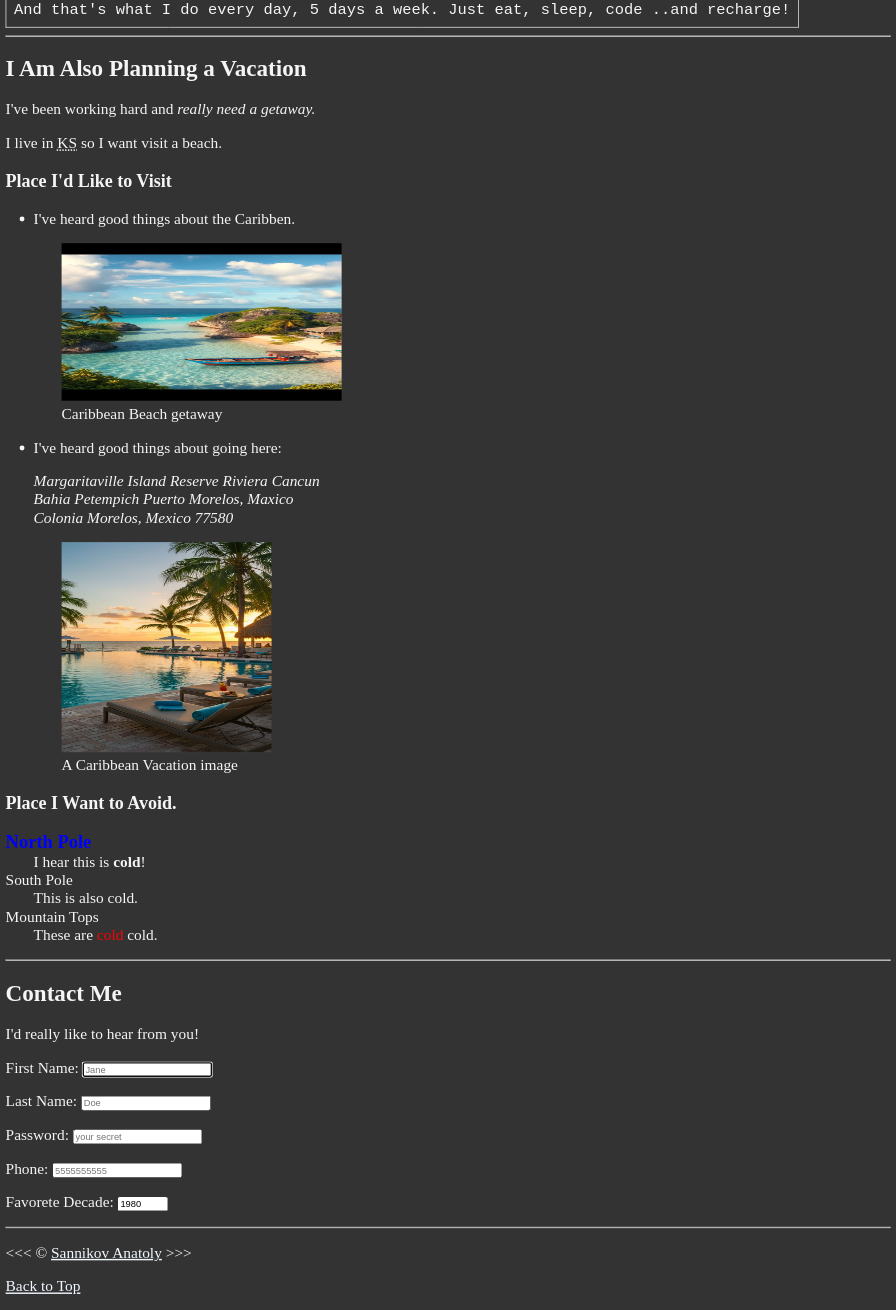
Repository: sannikovcode/exercises-a1
Page: JS/test1/task3/index.html
These files come from the project's save history. The page is drawn as it stood at one moment and after the next save; the edit follows.
The browser window is 1280 px wide. The pictures show the part of the page from y = 1468 to 3388 px (the page is 3340 px tall before and 3388 px after), at 70% of full size.

Above is the page before, as saved 2025-10-15 09:46:30.

### JS/test1/task3/index.html
<!DOCTYPE html>
<html lang="en">

<head>
  <meta charset="UTF-8">
  <meta name="author" content="Anatoly">
  <meta name="description" content="This page contains all the things. I am learning how to create as I learn HTML.">

  <title>First web page</title>

  <link rel="icon" href="html5.png" type="image/x-icon">
  <link rel="stylesheet" href="main.css" type="text/css">
</head>

<body>
  <header>
    <h1>My Goals for the Year</h1>

    <ol aria-label="primary-navigation">
      <li><a href="#html">Learn HTML</a></li>
      <li><a href="#vacation">Planning a Vacation </a></li>
      <li><a href="#contact">Contact Me </a></li>
    </ol>
  </header>
  <!-- ffasfasdfasdfafsdsfs -->

  <hr>
  <main>
    <article id="html">
      <h2>I'm Ready to Learn HTML</h2>
      <p>This is my first web page.</p>
      <section>
        <h3>HTML5</h3>
        <img src="img/html-logo.jpg" alt="HTML5 Logo" title="I am learning HTML5" width="300" height="300">
        <figure>
          <figcaption>An Example of HTML5 code</figcaption>
          <p>
            <code>&lt;h1&gt;Hello World!&lt;/h1&gt;</code>
          </p>
        </figure>
      </section>
      <section>
        <h3>My Daily Schedule</h3>
        <p>Let me tell you how:</p>
        <ol>
          <li>... I learn more about web dev.</li>
          <li>... I plan out my schedule.</li>
          <li>
            ... I use resources from
            <abbr title="Mozilla Developer Network">
              <a href="https://developer.mozilla.org/">MDN</a> </abbr>.
          </li>
        </ol>
        <aside>
          <details>
            <summary>Guess the <mark>number of hours</mark> I code per day</summary>
            <p>I start at <time datetime="08:00">8 am</time> and
              I write code for <time datetime="PT3H">3 hours</time> every morning</p>
          </details>
        </aside>
        <br>
        <br>
        <table>
          <caption>My Daily Schedule</caption>
          <thead>
            <tr>
              <th>&nbsp;</th>
              <th id="time" scope="col">Time</th>
              <th id="activity" scope="col">Activiry</th>
            </tr>
          </thead>
          <tbody>
            <tr>
              <th id="morning" scope="row">Morning</th>
              <td>
                <time datetime="08:00">8am</time> -
                <time datetime="11:00">11am</time>
              </td>
              <td>Write Code</td>
            </tr>
            <tr>
              <th id="break" scope="row">Break</th>
              <td>
                <time datetime="11:00">11am</time> -
                <time datetime="12:00">12pm</time>
              </td>
              <td>Eat Lunch</td>
            </tr>
            <tr>
              <th id="afternoon" scope="row">Afternoon</th>
              <td>
                <time datetime="12:00">12pm</time> -
                <time datetime="17:00">5pm</time>
              </td>
              <td>Study for Other Courses</td>
            </tr>
            <tr>
              <th id="evening" scope="row">Evening</th>
              <td rowspan="2">All Other Times</td>
              <td>Free Time</td>
            </tr>
            <tr>
              <th id="night" scope="row">Night</th>
              <td>Sleep</td>
            </tr>
          </tbody>
          <tfoot>
            <tr>
              <td colspan="3">And that's what I do every day,
                5 days a week. Just eat, sleep, code ..and
                recharge!
              </td>
            </tr>
          </tfoot>
        </table>



      </section>
    </article>

    <hr>
    <article id="Vacation">
      <h2>I Am Also Planning a Vacation</h2>
      <p>I've been working hard and <em>really need a getaway.</em></p>
      <p>I live in <abbr title="Kansas">KS</abbr> so I want visit a beach.</p>

      <section>
        <h3>Place I'd Like to Visit</h3>
        <ul>
          <li>
            <p>I've heard good things about the Caribben.</p>
            <figure>
              <img src="img/caribbean.jpg" alt="caribbean beach" title="I want to visit a caribbean" width="400"
                height="225" loading="lazy">
              <figcaption>Caribbean Beach getaway</figcaption>
            </figure>
          </li>
          <li>
            <p>I've heard good things about going here:</p>
            <address>
              Margaritaville Island Reserve Riviera Cancun<br>
              Bahia Petempich Puerto Morelos, Maxico<br>
              Colonia Morelos, Mexico 77580
            </address>

            <figure>
              <img src="img/vocation.jpg" alt="Cancun Vacation" title="I want a vacation" width="300" height="300"
                loading="lazy">
              <figcaption>
                A Caribbean Vacation image
              </figcaption>
            </figure>

          </li>
        </ul>
      </section>

      <!--TODO: Add more places-->


      <section>

        <h3>Place I Want to Avoid.</h3>
        <dl>
          <dt><span class="North">North Pole</span></dt>
          <dd>I hear this is <strong>cold</strong>!</dd>

          <dt>South Pole</dt>
          <dd>This is also cold.</dd>
          <dt>Mountain Tops</dt>
          <dd>These are <span style="color: red;">cold</span> cold.</dd>
        </dl>
      </section>
    </article>

    <hr>
    <article id="contact">
      <h2>Contact Me</h2>
      <p>I'd really like to hear from you!</p>


      <form action="https://httpbin.org/get" method="get">
        <p>
          <label for="firstName">First Name:</label>
          <input type="text" name="first" id="firstName" placeholder="Jane" autocomplete="on" required autofocus>
        </p>
        <p>
          <label for="lastName">Last Name:</label>
          <input type="text" name="first" id="lastName" placeholder="Doe" autocomplete="on" required>
        </p>
        <p>
          <label for="password">Password:</label>
          <input type="password" name="password" id="password" placeholder="your secret" required>
        </p>
        <p>
          <label for="phone">Phone:</label>
          <input type="tel" name="phone" id="phone" placeholder="5555555555" pattern="[0-9]{3}[0-9]{3}[0-9]{4}"
            required>
        </p>
        <p>
          <label for="decade">Favorete Decade:</label>
          <input type="number" name="decade" id="decade" min="1950" max="2020" step="10" value="1980">
        </p>
        <p>
          <label for="coffee"></label>
        </p>
      </form>

    </article>
  </main>

  <hr>

  <footer>
    <p>
      &lt;&lt;&lt; &copy; <a href="about.html">Sannikov Anatoly</a> &gt;&gt;&gt;
    </p>

    <p>
      <a href="#">Back to Top</a>
    </p>
  </footer>

</body>

</html>

### JS/test1/task3/main.css
html {
  font-size: 22px;
}

body {
  background-color: #333;
  color: whitesmoke;
}

a {
  color: aliceblue;
}

a:visited {
  color: lightgray;
}

a:hover,
a:active {
  color: #eee;
}

/*================ Мои эксперементы ================== */
  .North {
    color: blue;
    font-weight: bold;
    font-size: 1.2em;
}

/*======== Из видео продолжение ============*/

table, tr, th, td, caption {
        border: 1px solid #eee;
        font-family: 'Courier New', Courier, monospace;
        border-collapse: collapse;
        padding: 0.5rem;
}

After the next save:
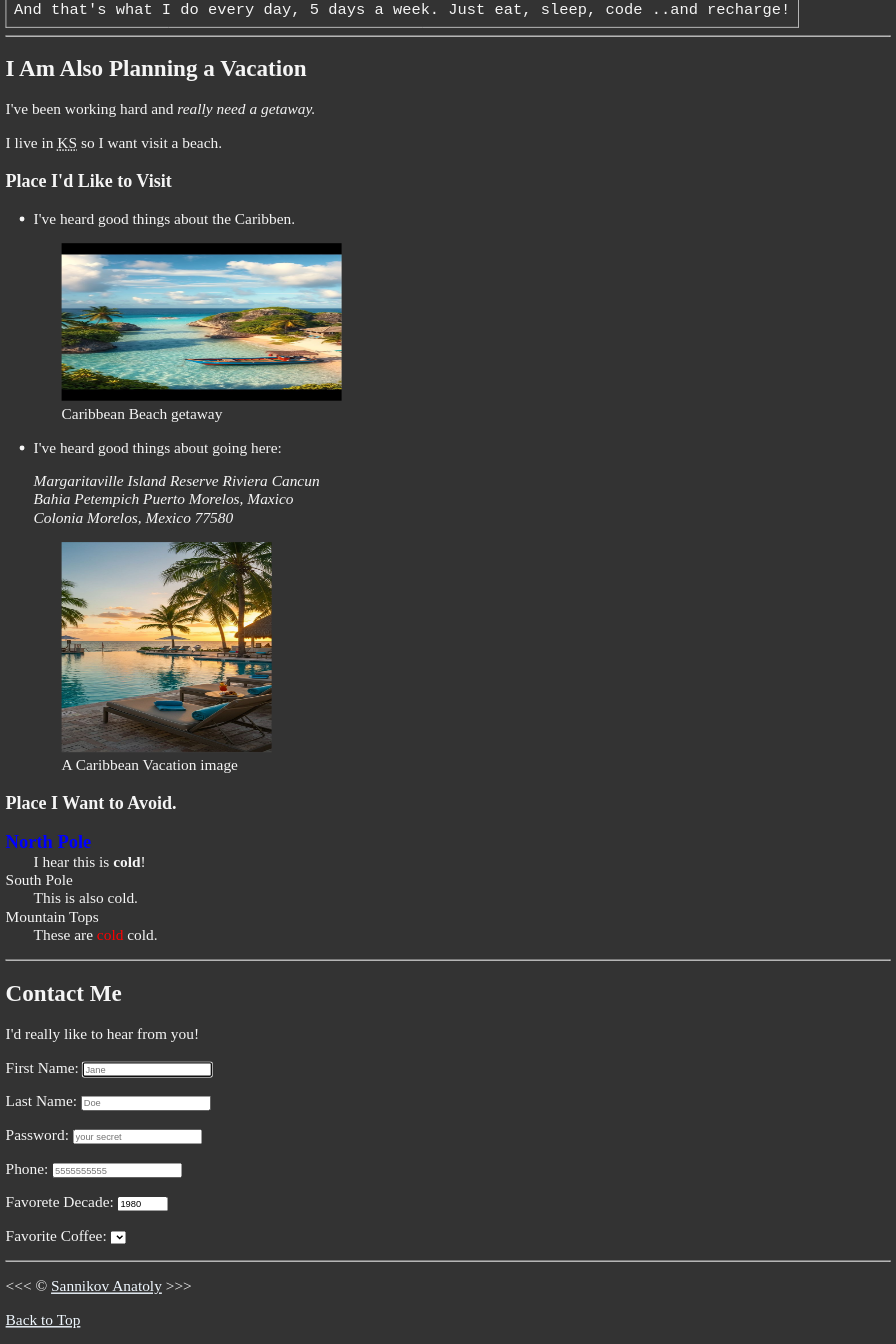
Saved 36 s later.
--- a/JS/test1/task3/index.html
+++ b/JS/test1/task3/index.html
@@ -203,7 +203,8 @@
           <input type="number" name="decade" id="decade" min="1950" max="2020" step="10" value="1980">
         </p>
         <p>
-          <label for="coffee"></label>
+          <label for="coffee">Favorite Coffee:</label>
+          <select name="coffee" id="coffee"></select>
         </p>
       </form>
 
